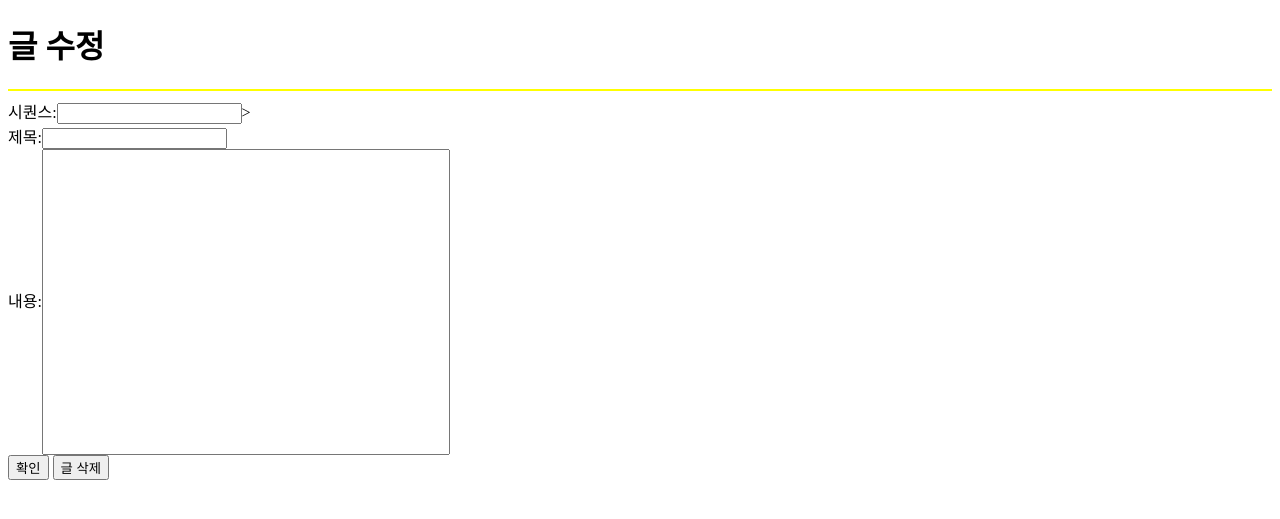
Repository: Yusubin/workEx
Page: spring00/build/classes/web/modifyForm.html
The author's editor kept a copy of each file at every save. The page is drawn from the files as they stood at one save, then again after the next save.
The browser window is 1280 px wide. The pictures show the whole page.

Above is the page before, as saved 2022-02-15 02:00:27.

### spring00/build/classes/web/modifyForm.html
<!DOCTYPE html>
<html>
<head>
<meta charset="UTF-8">
<title>Insert title here</title>
</head>
<body>

	<h1>글 수정</h1>
	<hr color="yellow">
	<form action="update.jsp">
	시퀀스:<input type="text" name="idx">><br>
	제목:<input type="text" name="title"><br>
	내용:<input type="text" name="content" style="width:400px; height:300px"><br>
	<button>확인</button>
	<button>글 삭제</button>
	</form>

</body>
</html>

After the next save:
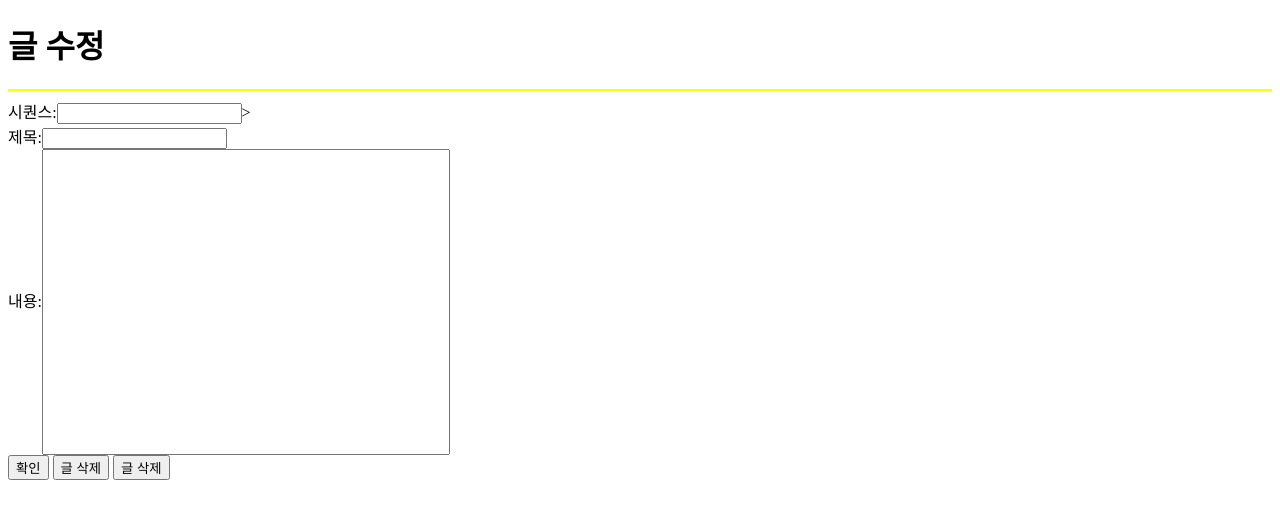
Saved 5 s later.
--- a/spring00/build/classes/web/modifyForm.html
+++ b/spring00/build/classes/web/modifyForm.html
@@ -14,6 +14,7 @@
 	내용:<input type="text" name="content" style="width:400px; height:300px"><br>
 	<button>확인</button>
 	<button>글 삭제</button>
+	<button>글 삭제</button>
 	</form>
 
 </body>
